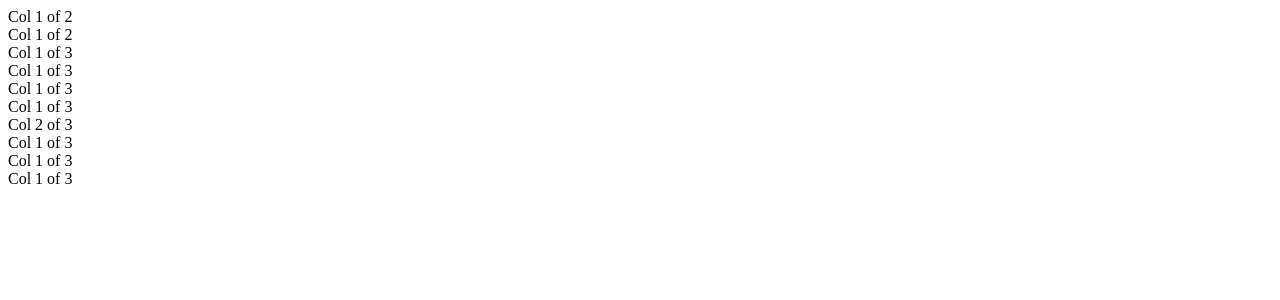
Repository: haokiet2501/grid-basic
Page: index.html
These files come from the project's save history. The page is drawn as it stood at one moment and after a run of saves; the edit follows.
The browser window is 1280 px wide. The pictures show the whole page.

Above is the page before, as saved 2022-08-11 17:07:50.

### index.html
<!DOCTYPE html>
<html lang="en">
<head>
    <meta charset="UTF-8">
    <meta http-equiv="X-UA-Compatible" content="IE=edge">
    <meta name="viewport" content="width=device-width, initial-scale=1.0">
    <link rel="stylesheet" href="styles.css">
    <title>GRID BASIC</title>
</head>
<body>
    <section class="grid-test">
        <div class="row">
            <div class="col-1-of-2">
                Col 1 of 2
            </div>
            <div class="col-1-of-2">
                Col 1 of 2
            </div>
        </div>

        <div class="row">
            <div class="col-1-of-3">
                Col 1 of 3
            </div>
            <div class="col-1-of-3">
                Col 1 of 3
            </div>
            <div class="col-1-of-3">
                Col 1 of 3
            </div>
        </div>

        <div class="row">
            <div class="col-1-of-3">
                Col 1 of 3
            </div>
            <div class="col-1-of-3">
                Col 2 of 3
            </div>
        </div>

        <div class="row">
            <div class="col-1-of-3">
                Col 1 of 3
            </div>
            <div class="col-1-of-3">
                Col 1 of 3
            </div>
            <div class="col-1-of-3">
                Col 1 of 3
            </div>
        </div>

    </section>
</body>
</html>

Loaded but not shown: styles.css (no copy from this time; the picture is the same without it)

After the next 2 saves:
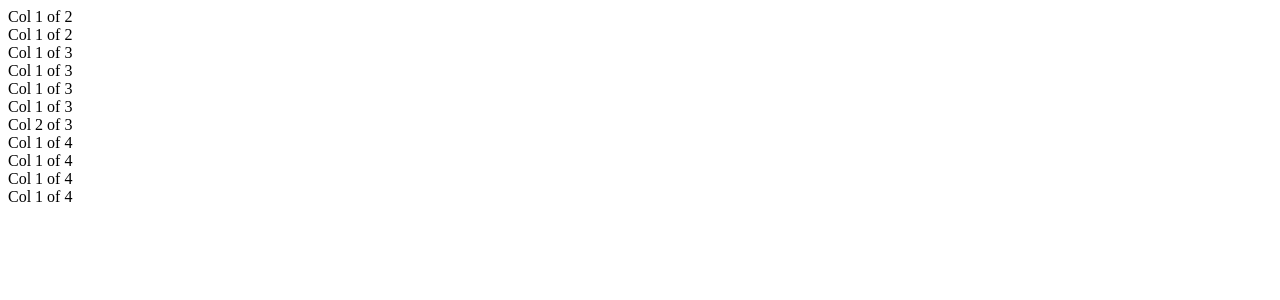
The 2 saves are shown as one change because they came seconds apart.
The last was saved 9 s later.
--- a/index.html
+++ b/index.html
@@ -40,14 +40,17 @@
         </div>
 
         <div class="row">
-            <div class="col-1-of-3">
-                Col 1 of 3
+            <div class="col-1-of-4">
+                Col 1 of 4
             </div>
-            <div class="col-1-of-3">
-                Col 1 of 3
+            <div class="col-1-of-4">
+                Col 1 of 4
             </div>
-            <div class="col-1-of-3">
-                Col 1 of 3
+            <div class="col-1-of-4">
+                Col 1 of 4
+            </div>
+            <div class="col-1-of-4">
+                Col 1 of 4
             </div>
         </div>
 
